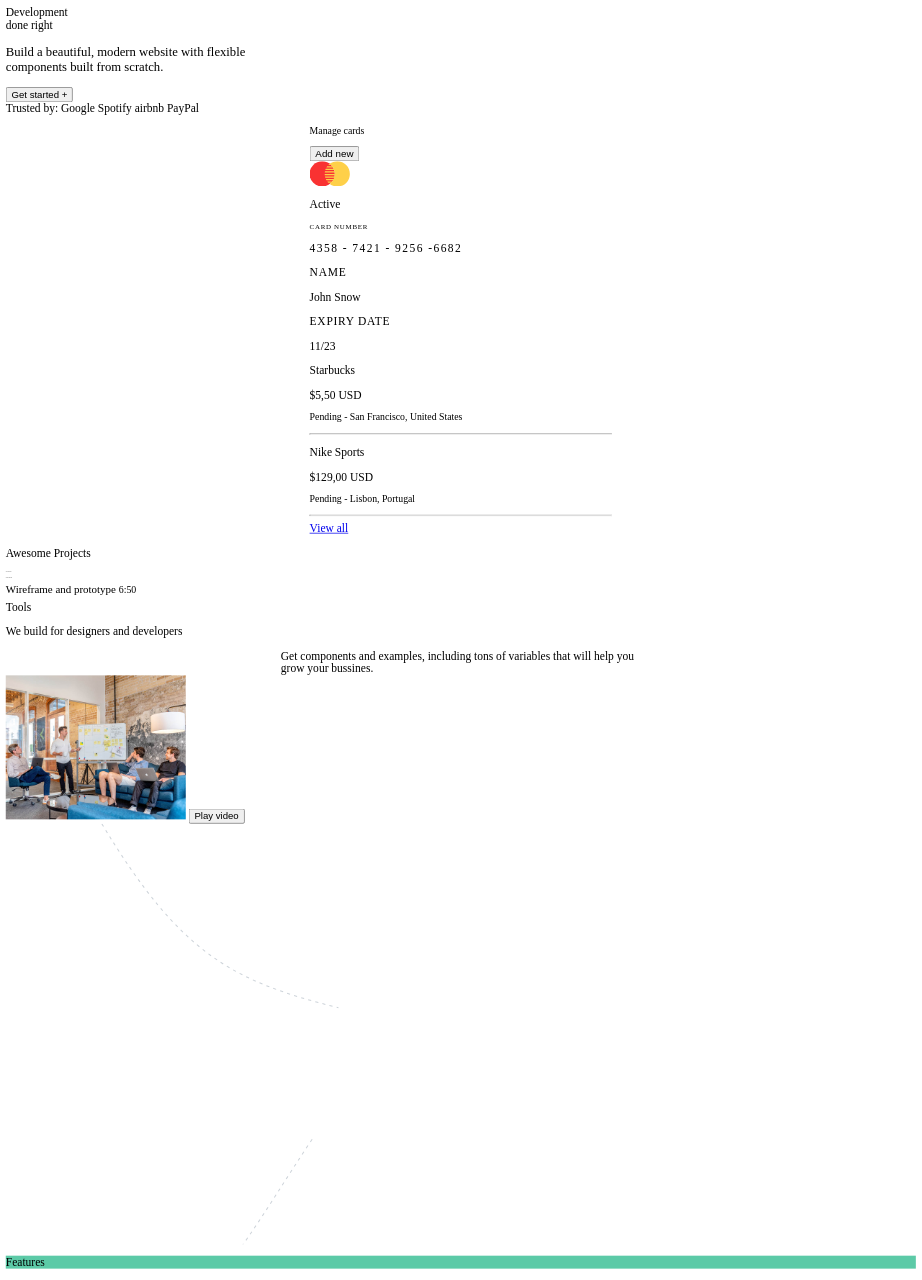
Repository: brandonc16/odoo-task
Page: components/hero.html
An editor plug-in stored every save of this project. The page is shown before and after the next save, followed by the edit.
The browser window is 1280 px wide. The pictures show the whole page, at 72% of full size.

Above is the page before, as saved 2026-03-16 01:14:38.

### components/hero.html
<!-- SECTION CARD  -->
<div class="bg-primary text-white hero-style pb-10">
  <div class="pt-5">
    <div class="row align-items-center px-lg-10">
      <div class="col-12 col-lg-6 mb-5 mb-lg-0">
        <p class="display-4 fw-bold mb-4">Development<br />done right</p>
        <p
          class="mb-4 text-white-50"
          style="font-size: 1.1rem; max-width: 400px"
        >
          Build a beautiful, modern website with flexible components built from
          scratch.
        </p>
        <button
          class="btn btn-light text-primary rounded-2 d-inline-flex align-items-center gap-2 fw-bold px-4 py-2 mb-5"
        >
          Get started <span class="fs-5">+</span>
        </button>

        <div class="d-flex align-items-center gap-4 flex-wrap mt-3">
          <span class="small text-white-50">Trusted by:</span>
          <span class="fw-bold d-flex align-items-center gap-1"
            ><i class="bi bi-google"></i>Google</span
          >
          <span class="fw-bold d-flex align-items-center gap-1"
            ><i class="bi bi-spotify"></i>Spotify</span
          >
          <span class="fw-bold fs-5">airbnb</span>
          <span class="fw-bold d-flex align-items-center gap-1"
            ><i class="bi bi-paypal"></i>PayPal</span
          >
        </div>
      </div>
      <div class="col-12 col-lg-6">
        <div
          class="card bg-white border-0 shadow-lg p-4 text-dark"
          style="
            border-radius: 1.5rem 1.5rem 4.5rem 1.5rem;
            max-width: 420px;
            margin: 0 auto;
          "
        >
          <div class="d-flex justify-content-between align-items-center mb-4">
            <p class="fw-bold" style="font-size: 0.85rem">Manage cards</p>
            <button
              class="btn btn-outline-secondary btn-sm px-3 rounded-2"
              style="font-size: 0.85rem"
            >
              Add new
            </button>
          </div>
          <div
            class="bg-card-dark text-white p-4 mb-4 shadow-sm"
            style="border-radius: 1rem"
          >
            <div class="d-flex justify-content-between align-items-start mb-4">
              <div class="d-flex">
                <a class="navbar-brand fw-fold fs-3" href="#">
                  <img
                    src="/assets/mastercard.svg"
                    alt="Odoo logo"
                    height="35"
                    class="d-inline-block align-text-top"
                  />
                </a>
              </div>
              <p
                class="badge bg-success text-success text-white border border-success border-opacity-25 px-2 py-1"
              >
                Active
              </p>
            </div>
            <p
              class="text-white-50 mb-1"
              style="font-size: 0.6rem; letter-spacing: 1px"
            >
              CARD NUMBER
            </p>
            <p class="mb-4" style="letter-spacing: 2px">
              4358 - 7421 - 9256 -6682
            </p>

            <div class="d-flex justify-content-between">
              <div>
                <p
                  class="text-white-50 mb-0"
                  style="font-family: 0.6rem; letter-spacing: 1px"
                >
                  NAME
                </p>
                <p class="mb-0 fw-bold small">John Snow</p>
              </div>
              <div>
                <p
                  class="text-white-50 mb-0"
                  style="font-family: 0.6rem; letter-spacing: 1px"
                >
                  EXPIRY DATE
                </p>
                <p class="mb-0 fw-bold small">11/23</p>
              </div>
            </div>
          </div>

          <div class="justify-content-between align-items-center mb-2">
            <div class="d-flex justify-content-between">
              <p class="mb-0 fw-bold">Starbucks</p>

              <span class="text-muted">$5,50 USD</span>
            </div>
            <p class="mb-0 text-muted" style="font-size: 0.85rem">
              Pending - San Francisco, United States
            </p>
            <hr
              class="text-secondary justify-content-between align-items-center mb-4"
            />

            <div class="d-flex justify-content-between">
              <p class="mb-0 fw-bold">Nike Sports</p>

              <span class="text-muted">$129,00 USD </span>
            </div>
            <p class="mb-0 text-muted" style="font-size: 0.85rem">
              Pending - Lisbon, Portugal
            </p>
            <hr
              class="text-secondary justify-content-between align-items-center mb-4"
            />

            <a href="#" class="text-decoration-underline text-primary"
              >View all</a
            >
          </div>
        </div>
      </div>
    </div>
  </div>
</div>
<!-- SECTION TOOLS -->

<div class="py-5 my-5">
  <div class="px-lg-10">
    <div class="row align-items-center">
      <div class="col-12 col-lg-6 mb-5 mb-lg-0">
        <div
          class="card border border-light border-1 shadow-sm p-4 p-lg-5 rounded-3 position-relative mt-n4 mt-lg-n5"
        >
          <div style="width: 90%">
            <p class="fw-bold mb-4 display-6">Awesome Projects</p>
            <div class="mb-4 p-3">
              <p class="fw-bold mb-2" style="font-size: 0.95">
                Create the new logo
              </p>
              <div class="progress rounded-pill" style="height: 6px">
                <div class="progress-bar- bg-warning" style="width: 45%"></div>
              </div>
            </div>
            <div class="mb-4 p-3">
              <p class="fw-bold mb-2" style="font-size: 0.95">
                Set up the color palette
              </p>
              <div class="progress rounded-pill" style="height: 6px">
                <div class="progress-bar- bg-warning" style="width: 60%"></div>
              </div>
            </div>

            <div class="mb-2 p-3">
              <div
                class="d-flex justify-content-between align-items-center mb-2"
              >
                <span class="fw-bold" style="font-size: 0.95rem">
                  Wireframe and prototype</span
                >
                <span style="font-size: 0.86rem"
                  >6:50 <i class="bi bi-chevron-right small"></i
                ></span>
              </div>

              <div class="progress rounded-pill" style="height: 6px">
                <div class="progress-bar- bg-warning" style="width: 80%"></div>
              </div>
            </div>
          </div>
        </div>
      </div>

      <div
        class="col-12 col-lg-5 offset-lg-1 text-center text-lg-start mt-5 mt-lg-0"
      >
        <span
          class="badge bg-warning text-white px-3 py-2 rounded-pill mb-4 fs-6"
        >
          Tools
        </span>
        <p class="display-6 fw-bold mb-4">
          We build for designers and developers
        </p>
        <p
          class="text-muted fs-5 mb-3"
          style="max-width: 500px; margin: 0 auto"
        >
          Get components and examples, including tons of variables that will
          help you grow your bussines.
        </p>

        <div
          class="mt-4 mt-lg-5"
          style="width: 100%; max-width: 400px; z-index: 2"
        >
          <div class="rounded-2 overflow-hidden shadow-sm position-relative">
            <img
              src="/assets/img_01.jpg"
              alt="Team working"
              height="55"
              class="img-fluid w-100"
              style="height: 200px; object-fit: cover"
            />
            <button
              class="btn btn-light position-absolute top-0 end-0 m-3 fw-bold shadow-sm d-flex align-items-center gap-2 rounded-3"
            >
              Play video <i class="bi bi-play-fill"></i>
            </button>
          </div>
        </div>
      </div>
    </div>
  </div>
</div>

<svg
  class="position-absolute"
  style="
    top: 239%;
    left: 25%;
    z-index: 0;
    pointer-events: none;
    width: 50%;
    height: 83%;
  "
  viewBox="0 0 500 800"
  fill="none"
  xmlns="http://www.w3.org/2000/svg"
>
  <path
    d="M0,0 C150,250 250,300 450,350"
    stroke="#ced4da"
    stroke-width="2"
    stroke-dasharray="6 8"
    fill="none"
  />
  <path
    d="M400,600 C300,750 250,850 100,1000"
    stroke="#ced4da"
    stroke-width="2"
    stroke-dasharray="6 8"
    fill="none"
  />
</svg>

<!-- SECTION FEATURES -->

<div class="py-5 my-5 position-relative overflow-hidden">
  <div class="px-lg-10 align-items-center">
    <div class="col-12 col-lg-5 mb-5 mb-lg-0">
      <p
        class="badge rounded-3  text-white mb-4 fs-6 p-3" style="background-color:#5CCAA7;"
      >
        Features
      </p>
    </div>
  </div>
</div>

After the next save:
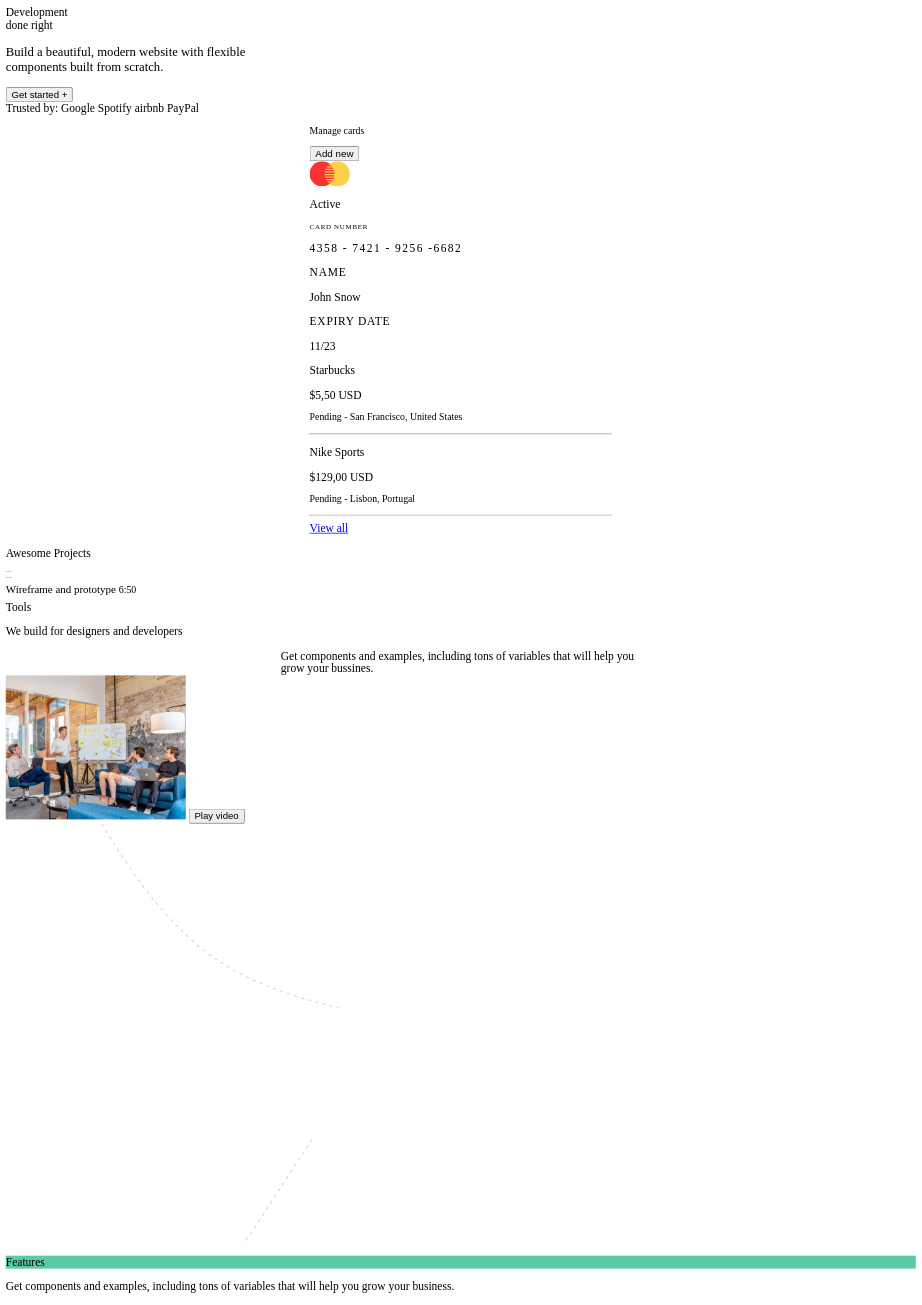
Saved 105 s later.
--- a/components/hero.html
+++ b/components/hero.html
@@ -267,6 +267,10 @@
       >
         Features
       </p>
+
+      <p class="fw-bold mb-5 " >
+        Get components and examples, including tons of variables that will help you grow your business.
+      </p>
     </div>
   </div>
 </div>
